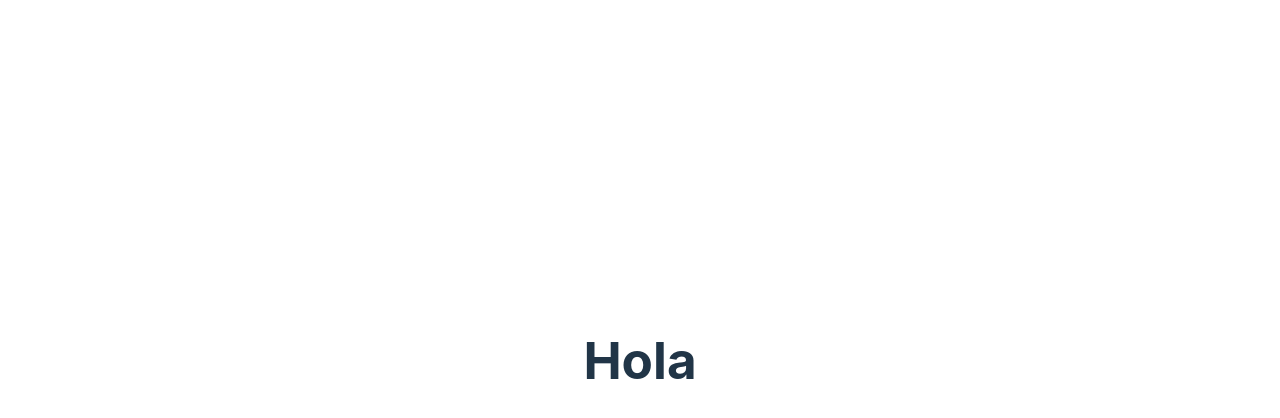
Repository: cvalenciapatagonia/Desafio-4-React-I
Page: /
An editor plug-in stored every save of this project. The page is shown before and after a run of saves, followed by the edit.
The browser window is 1280 px wide. The pictures show the whole page.
The page's requests for data from a server got no answer. The project was rebuilt for these pictures with package versions that can differ from the ones it lists, and the page was loaded fresh each time. No one was signed in, and anything a server would have sent is missing. Also part of the build but not shown: vite.config.js.

Above is the page before, as saved 2023-09-07 11:40:46.

### index.html
<!doctype html>
<html lang="en">
  <head>
    <meta charset="UTF-8" />
    <link rel="icon" type="image/svg+xml" href="/vite.svg" />
    <meta name="viewport" content="width=device-width, initial-scale=1.0" />
    <title>Desafio 4 React I</title>
  </head>
  <body>
    <div id="root"></div>
    <script type="module" src="/src/main.jsx"></script>
  </body>
</html>

### src/App.jsx


function App() {

  return (
    <>
      <h1>Hola</h1>

    </>
  )
}

export default App

//? EJEMPLO CONTADOR CON SIDE EFFECT

// import { useState, useEffect } from 'react'
// import './App.css'
// function App() {
// const [count, setCount] = useState(0)
// // Similar to componentDidMount and componentDidUpdate:
// useEffect(() => {
// // Update the document title using the browser API
// document.title = `You clicked ${count} times`
// })
// return (
// <>
// <p>You clicked {count} times</p>
// <button onClick={() => setCount(count + 1)}>Click me</button>
// </>
// )
// }
// export default App

//? EJEMPLO SIN SIDE EFFECT

// import { useState, useEffect } from 'react'
// function App() {
// const [nombre, setNombre] = useState("");
// useEffect(() => {
//     console.log("hola")
//     }, [])

// return (
// <div className="App">
// <h1>Manejo de efectos en react</h1>
// <form>
// <input
// type="text"
// placeholder="nombre"
// name={nombre}
// value={nombre}
// onChange={(e) => setNombre(e.target.value)}
// />
// </form>
// </div>
// );
// }
// export default App

//? EJEMPLO API GOT

// import { useState, useEffect } from "react";
// import "bootstrap/dist/css/bootstrap.min.css";


// function App() {
// // 3 - info guardará los valores traídos desde la API
// const [info, setInfo] = useState([]);
// // 2 - Llamamos a la función consultarApi al momento de montar el componente
// useEffect(() => {
// consultarApi();
// }, []);
// // 1 - Función que consulta la API
// const consultarApi = async () => {
// const url = "https://api.gameofthronesquotes.xyz/v1/random";
// const response = await fetch(url);
// const data = await response.json();
// setInfo(`${data.sentence} - ${data.character.name}`); // Con setInfo actualizamos el estado
// };
// return (
// <>
// {/* Mostramos la info */}
// {info}
// </>
// );
// }
// export default App;

//? EJEMPLO USEREF (evita una nueva renderizacion de componenta, tal como lo hace use state)

// import { useRef} from 'react'
// import { useEffect } from "react";

// import './App.css'
// import "bootstrap/dist/css/bootstrap.min.css";

// function App() {
// // Creamos una referencia utilizando useRef() y la asignamos a la
// // constante inputRef, esta referencia permitirá acceder al elemento del DOM correspondiente al campo de entrada
// const inputRef = useRef()
// useEffect(() => {
//     // Dentro de esta función, llamamos a la referencia inputRef.current
// // para tener acceso directo al elemento actual al que se está haciendo referencia e invocamos al método focus()
// inputRef.current.focus();
// }, []);
// return (
// <>
// <h1>Ejemplo useRef - Focus automático</h1>
// {/* // El atributo ref={inputRef} asigna la referencia al campo de entrada, esto permitirá acceder a él y aplicar el enfoque. */}
// <input type="text" placeholder="Nombre" ref={inputRef}/>
// <input type="text" placeholder="Correo electrónico" />
// <input type="text" placeholder="Teléfono" />
// </>
// )
// }
// export default App;

Loaded but not shown: src/main.jsx (common file); src/index.css (common file)

After the next 2 saves:
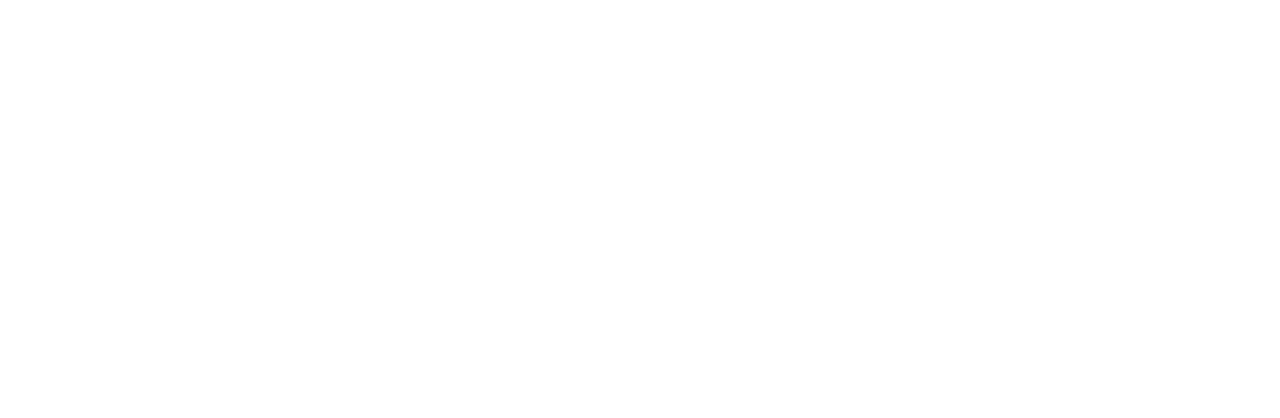
Console error: ReferenceError: useState is not defined
The 2 saves are shown as one change because 1 did not build or start.
The last was saved 50 min 43 s later.
--- a/src/App.jsx
+++ b/src/App.jsx
@@ -1,16 +1,16 @@
 
 
-function App() {
+// function App() {
 
-  return (
-    <>
-      <h1>Hola</h1>
+//   return (
+//     <>
+//       <h1>Hola</h1>
 
-    </>
-  )
-}
+//     </>
+//   )
+// }
 
-export default App
+// export default App
 
 //? EJEMPLO CONTADOR CON SIDE EFFECT
 
@@ -115,3 +115,32 @@
 // )
 // }
 // export default App;
+
+//? DOM VIRTUAL
+
+//? MANEJO DE EFECTOS
+
+const [email, setEmail] = useState("");
+const [password, setPassword] = useState("");
+
+return (
+    <>
+    <h1>Manejo de efectos en react</h1>
+    <form>
+    <input
+    type="email"
+    placeholder="nombre"
+    name={email}
+    value={email}
+    onChange={(e) => setEmail(e.target.value)}
+    />
+    <input
+    type="password"
+    placeholder="password"
+name={password}
+value={password}
+onChange={(e) => setPassword(e.target.value)}
+/>
+</form>
+</>
+);

After the 3 saves that followed:
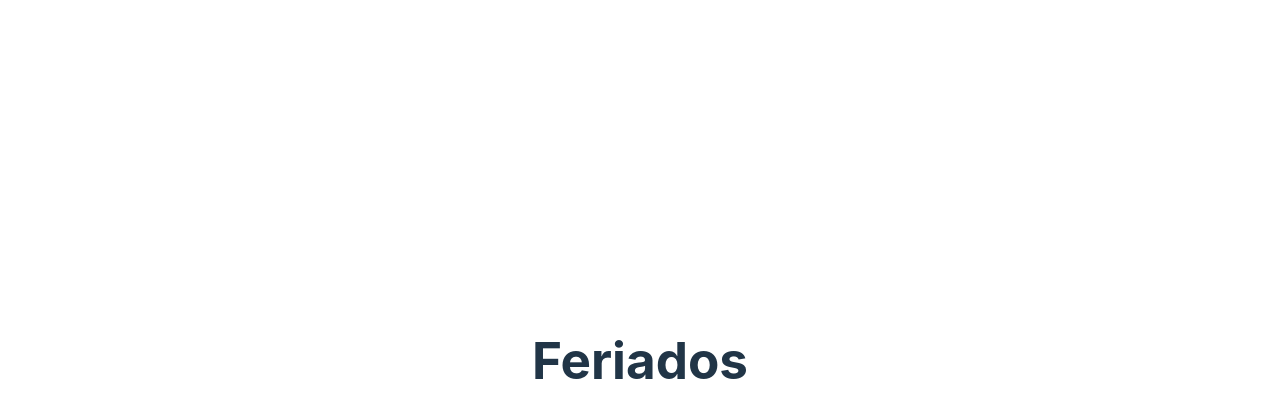
The error is gone.
The 3 saves are shown as one change because 1 did not build or start and 1 left the picture as it was.
The last was saved 11 min 0 s later.
--- a/src/App.jsx
+++ b/src/App.jsx
@@ -1,3 +1,87 @@
+import React, { useEffect, useState } from 'react';
+import moment from 'moment'; // Importa moment
+
+function App() {
+  const [holidays, setHolidays] = useState([]);
+
+  useEffect(() => {
+    // Realizar una solicitud GET a la API
+    fetch('URL_DE_TU_API_AQUÍ')
+      .then((response) => response.json())
+      .then((data) => {
+        if (data.status === 'success') {
+          setHolidays(data.data);
+        }
+      })
+      .catch((error) => {
+        console.error('Error al obtener datos de la API:', error);
+      });
+  }, []);
+
+  return (
+    <div className="App">
+      <h1>Feriados</h1>
+      <ul>
+        {holidays.map((holiday) => (
+          <li key={holiday.date}>
+            <strong>{holiday.title}</strong> ({moment(holiday.date).format('YYYY-MM-DD')})
+          </li>
+        ))}
+      </ul>
+    </div>
+  );
+}
+
+export default App;
+
+
+
+
+
+
+
+
+
+
+
+
+
+
+
+
+
+
+
+
+
+
+
+
+
+
+
+
+
+
+
+
+
+
+
+
+
+
+
+
+
+
+
+
+
+
+
+
+
 
 
 // function App() {
@@ -119,28 +203,3 @@
 //? DOM VIRTUAL
 
 //? MANEJO DE EFECTOS
-
-const [email, setEmail] = useState("");
-const [password, setPassword] = useState("");
-
-return (
-    <>
-    <h1>Manejo de efectos en react</h1>
-    <form>
-    <input
-    type="email"
-    placeholder="nombre"
-    name={email}
-    value={email}
-    onChange={(e) => setEmail(e.target.value)}
-    />
-    <input
-    type="password"
-    placeholder="password"
-name={password}
-value={password}
-onChange={(e) => setPassword(e.target.value)}
-/>
-</form>
-</>
-);
